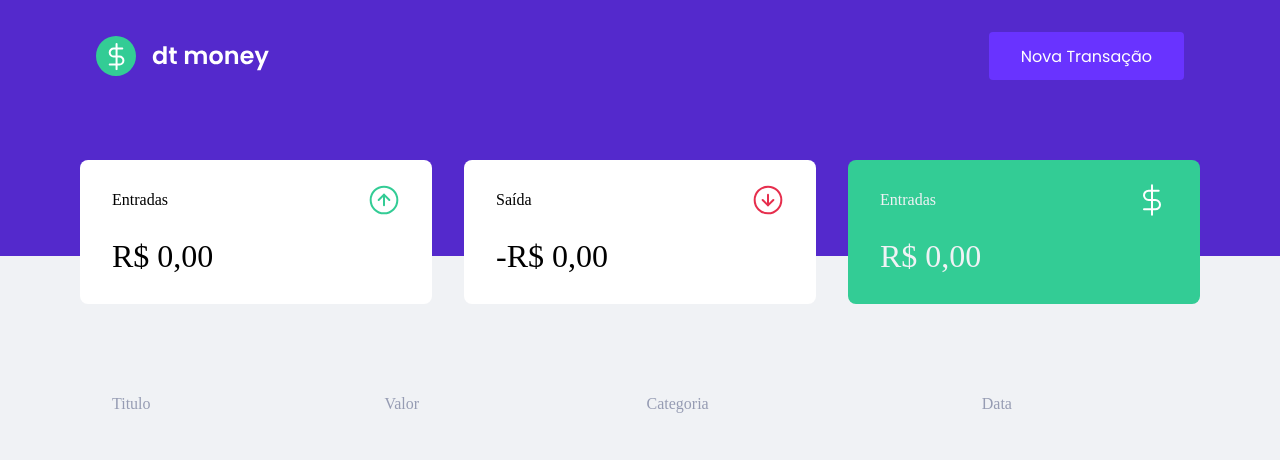
Repository: viniciusfg05/vlmoney
Page: /
An editor plug-in stored every save of this project. The page is shown before and after the next save, followed by the edit.
The browser window is 1280 px wide. The pictures show the whole page.
The page's requests for data from a server got no answer. The project was rebuilt for these pictures with package versions that can differ from the ones it lists, and the page was loaded fresh each time. No one was signed in, and anything a server would have sent is missing.

Above is the page before, as saved 2022-02-24 15:32:01.

After the next save:
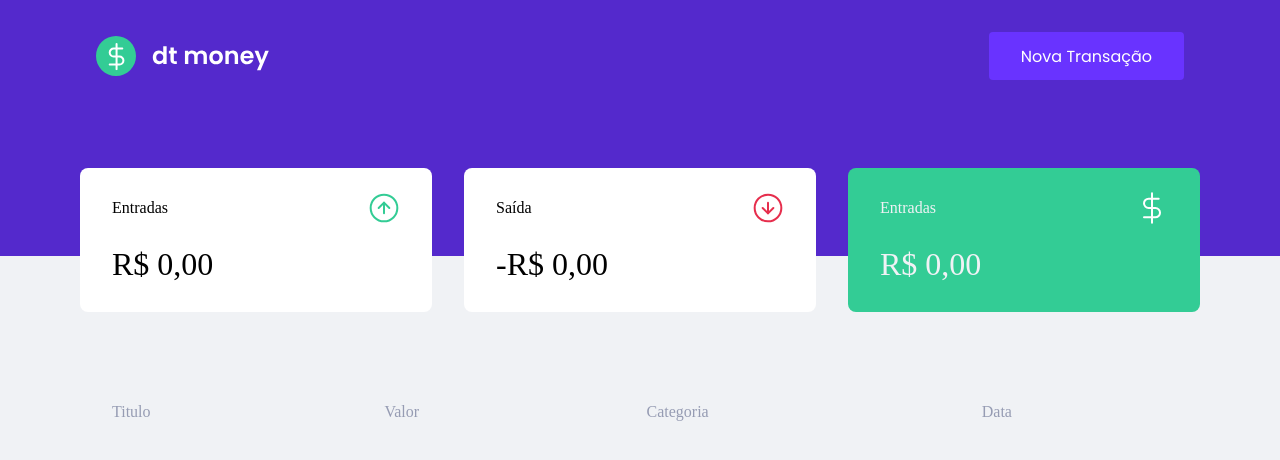
Saved 5 s later.
--- a/src/components/summary/styles.ts
+++ b/src/components/summary/styles.ts
@@ -4,7 +4,7 @@ import styled from "styled-components";
   display: grid;
   grid-template-columns: repeat(3, 1fr);
   gap: 2rem;
-  margin-top: -6rem;
+  margin-top: -5.5rem;
 
   div{
     background: var(--shape);
